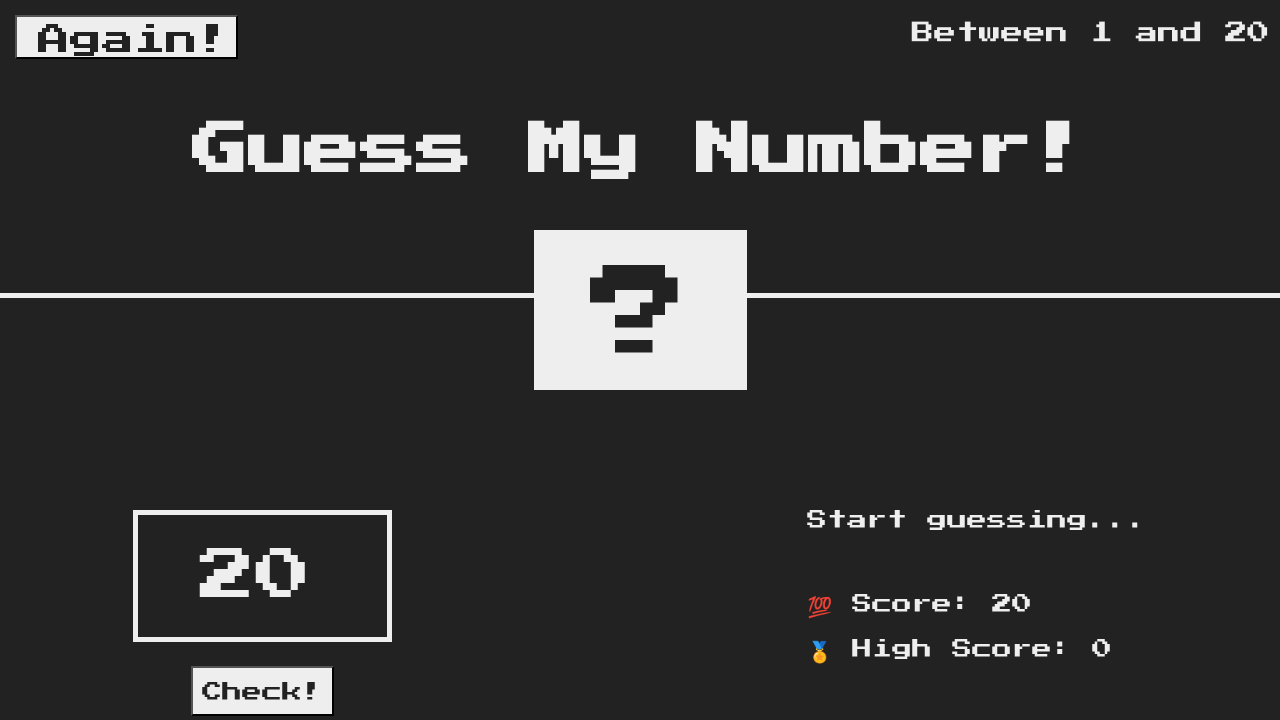
Repository: Aaryan-Poria/guess-the-number
Page: index.html
An editor plug-in stored every save of this project. The page is shown before and after the next save, followed by the edit.
The browser window is 1280 px wide. The pictures show the whole page.

Above is the page before, as saved 2023-08-18 22:13:04.

After the next save:
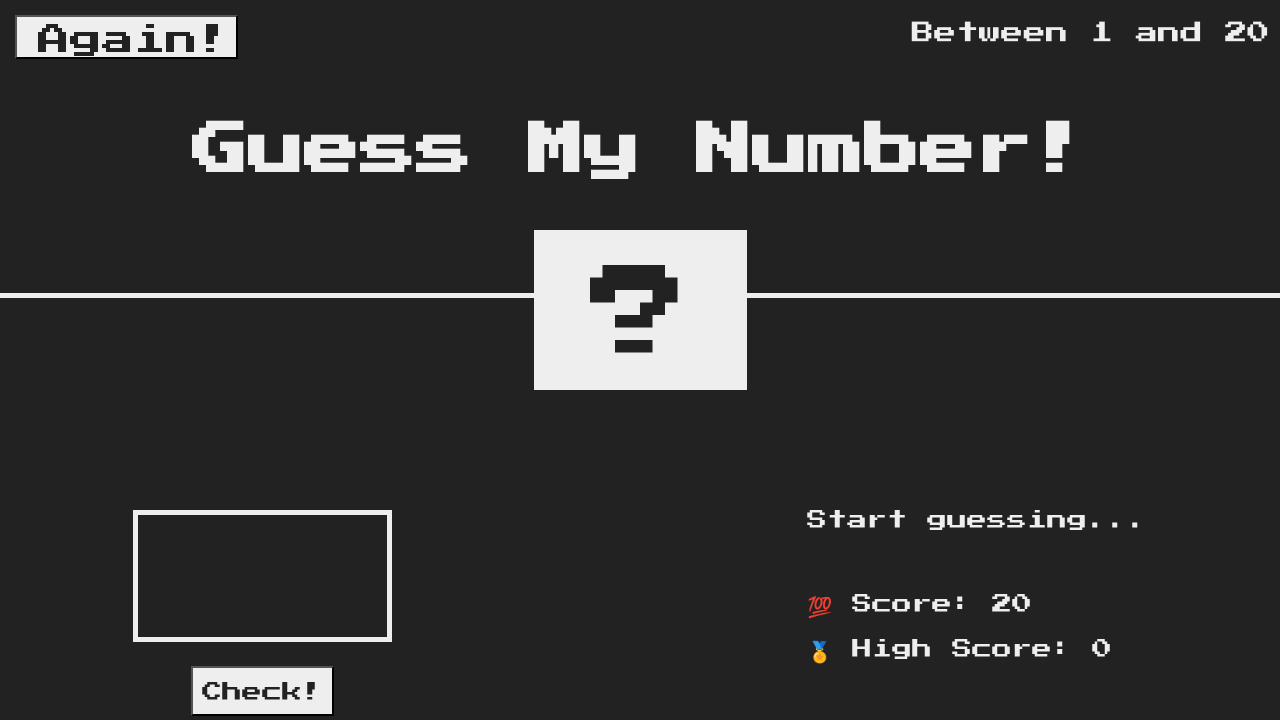
Saved 29 s later.
--- a/script.js
+++ b/script.js
@@ -12,5 +12,5 @@ let highscore = 0;
 
 const hiddenNumber = generateRandomNumber();
 
-document.querySelector("#userInput").value = 20;
+userInput = 23;
 console.log(document.querySelector("#userInput").value);
